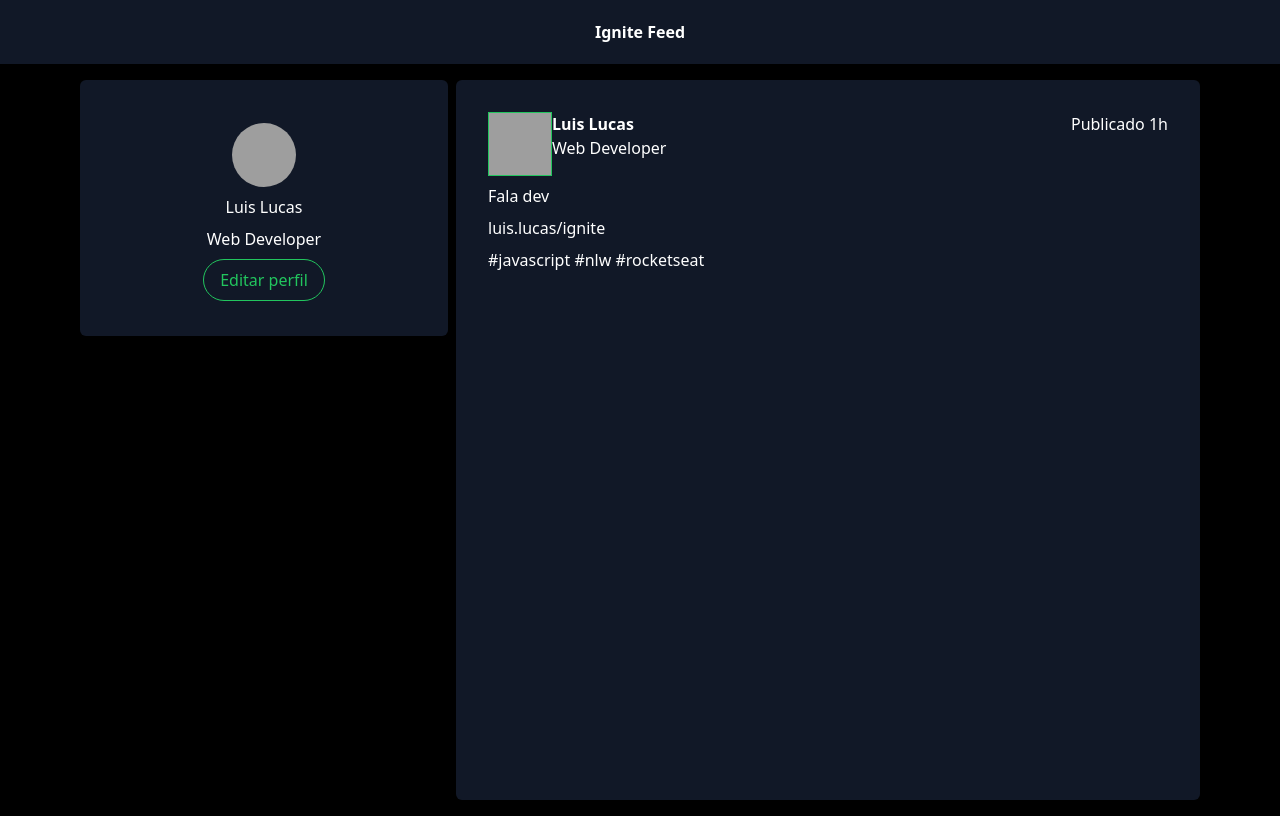
Repository: LuisSempre/ignite-feed
Page: /
These files come from the project's save history. The page is drawn as it stood at one moment and after the next save; the edit follows.
The browser window is 1280 px wide. The pictures show the whole page.
Pictures or frames that could not be fetched are drawn as grey boxes. The project was rebuilt for these pictures with package versions that can differ from the ones it lists, and the page was loaded fresh each time. Also part of the build but not shown: vite.config.js.

Above is the page before, as saved 2022-07-13 23:18:23.

### src/App.jsx
import { Header } from "./Components/Header"
import { Sidebar } from "./Components/Sidebar"
import { Post } from "./Components/Post"
function App() {
  return (
    <div>
      <Header />
      <div className="max-w-6xl mx-auto p-4 grid grid-cols-3 gap-2 items-start">
        <Sidebar />
        <div className="col-span-2">
         <Post />
        </div>
      </div>
    </div>
  );
}

export default App;

### src/index.css
@tailwind base;
@tailwind components;
@tailwind utilities;

body {
    @apply bg-black text-white;
}

### src/Components/Header.jsx
export function Header() {
  return (
    <div className="flex items-center justify-center h-16 bg-gray-900 mx-auto w-full">
      <h1 className="font-bold bg-gray-900">Ignite Feed</h1>
    </div>
  )
}

### src/Components/Sidebar.jsx
export function Sidebar() {
  return (
    <div className="rounded-md bg-gray-900 justify-center items-center flex flex-col text-center  h-64 space-y-2">
        <span className=" bg-gradient-r from-green-500 via-blue-500"></span>
        <img
          className="w-16 h-16 rounded-full overflow-hidden object-cover"
          src="https://avatars.githubusercontent.com/u/32404639?v=4"
          alt=""
        />
        <h1>Luis Lucas</h1>
        <span>Web Developer</span>
        <a
          href=""
          className="border border-green-500 px-4 py-2 rounded-full text-green-500"
        >
          Editar perfil
        </a>
    </div>
  );
}

### src/Components/Post.jsx
export function Post() {
  return (
    <div className=" bg-gray-900 rounded-md h-screen space-y-2 p-8">
      <div className="flex justify-between ">
        <div className="flex">
          <img
            className="h-16 w-16 border border-green-500"
            src="https://github.com/luissempre.png"
            alt=""
          />
          <div className="flex flex-col">
            <strong>Luis Lucas </strong>
            <span>Web Developer</span>
          </div>
        </div>

        <div>
          <time dataTime="2022-05-11 08:13:00">Publicado 1h</time>
        </div>
      </div>
      <div className="space-y-2">
        <p>Fala dev</p>
        <p>luis.lucas/ignite</p>
        <p>#javascript #nlw #rocketseat</p>
      </div>
    </div>
  );
}

Loaded but not shown: index.html (common file); src/main.jsx (common file); tailwind.config.js (common file)

After the next save:
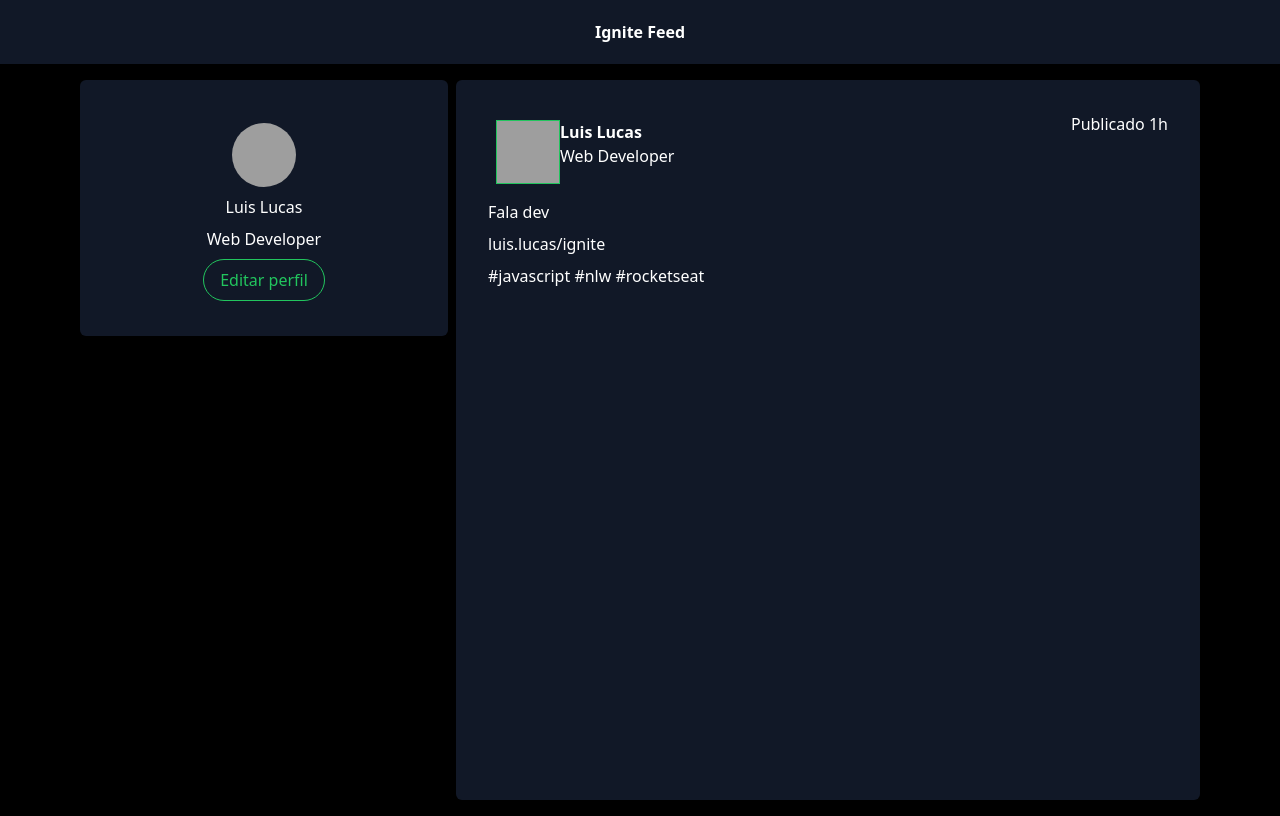
Saved 6 s later.
--- a/src/Components/Post.jsx
+++ b/src/Components/Post.jsx
@@ -2,7 +2,7 @@ export function Post() {
   return (
     <div className=" bg-gray-900 rounded-md h-screen space-y-2 p-8">
       <div className="flex justify-between ">
-        <div className="flex">
+        <div className="flex p-2">
           <img
             className="h-16 w-16 border border-green-500"
             src="https://github.com/luissempre.png"

After the save that followed:
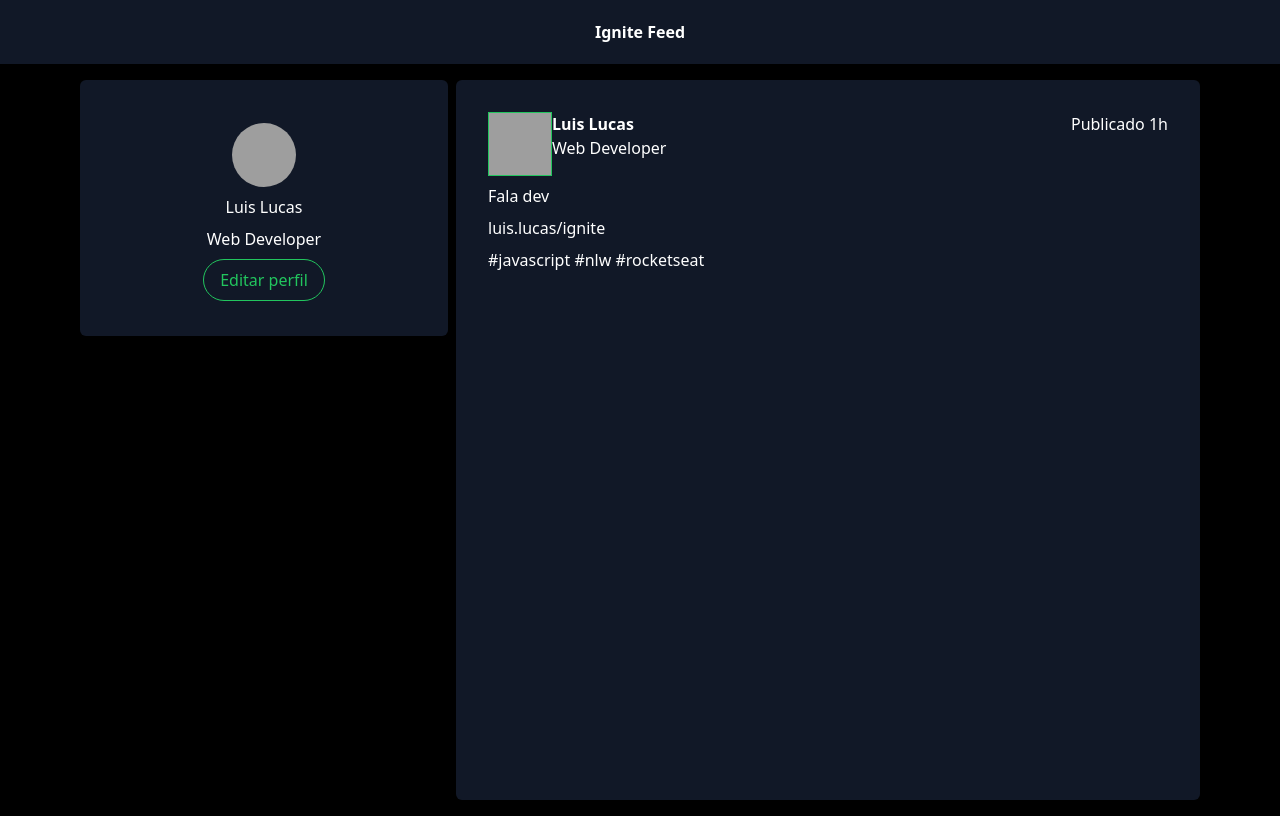
Saved 4 s later.
--- a/src/Components/Post.jsx
+++ b/src/Components/Post.jsx
@@ -2,7 +2,7 @@ export function Post() {
   return (
     <div className=" bg-gray-900 rounded-md h-screen space-y-2 p-8">
       <div className="flex justify-between ">
-        <div className="flex p-2">
+        <div className="flex">
           <img
             className="h-16 w-16 border border-green-500"
             src="https://github.com/luissempre.png"
